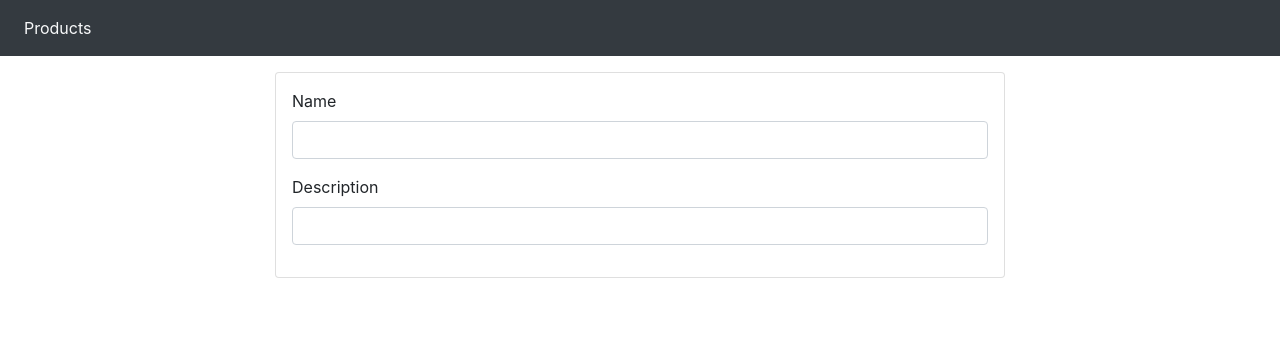
Repository: Aniksaha19/curd
Page: http://localhost/product/create
The author's editor kept a copy of each file at every save. The page is drawn from the files as they stood at one save, then again after a run of saves.
The browser window is 1280 px wide. The pictures show the whole page.
The page is served by the project's Laravel application, run on PHP 8.4 with Laravel 10. Other server files are loaded and not shown.

Above is the page before, as saved 2023-06-01 16:43:44.

### routes/web.php
<?php

use Illuminate\Support\Facades\Route;
use App\Http\Controllers\ProductController;

/*
|--------------------------------------------------------------------------
| Web Routes
|--------------------------------------------------------------------------
|
| Here is where you can register web routes for your application. These
| routes are loaded by the RouteServiceProvider and all of them will
| be assigned to the "web" middleware group. Make something great!
|
*/

Route::get('/', [ProductController::class, 'index'])->name('products.index');
Route::get('product/create', [ProductController::class, 'create'])->name('products.create');

### app/Http/Controllers/ProductController.php
<?php

namespace App\Http\Controllers;

use Illuminate\Http\Request;

class ProductController extends Controller
{
    public function index(){
        return view('products.index');
    }
    public function create(){
        return view('products.create');
    }
}

### resources/views/products/create.blade.php
<!DOCTYPE html>
<html lang="en">
<head>
    <meta charset="UTF-8">
    <meta http-equiv="X-UA-Compatible" content="IE=edge">
    <meta name="viewport" content="width=device-width, initial-scale=1.0">
    <title>Laravel CURD</title>

    <link rel="stylesheet" href="https://cdn.jsdelivr.net/npm/bootstrap@4.6.2/dist/css/bootstrap.min.css">
    <script src="https://cdn.jsdelivr.net/npm/jquery@3.6.4/dist/jquery.slim.min.js"></script>
    <script src="https://cdn.jsdelivr.net/npm/popper.js@1.16.1/dist/umd/popper.min.js"></script>
    <script src="https://cdn.jsdelivr.net/npm/bootstrap@4.6.2/dist/js/bootstrap.bundle.min.js"></script>
</head>
<body>

        <nav class="navbar navbar-expand-sm bg-dark">
            <ul class="navbar-nav">
                <li class="nav-item">
                    <a class="nav-link text-light" href="/">Products</a>
                </li>
            </ul>
        </nav>
           <div class="container">
                <div class="row justify-content-center">
                    <div class="col-sm-8">
                        <div class="card mt-3 p-3">
                            <form method="POST">
                                @csrf
                                <div class="form-group">
                                    <label>Name</label>
                                    <input type="text" name="name" class="form-control"/>
                                </div>
                                <div class="form-group">
                                    <label>Description</label>
                                    <input type="text" name="name" class="form-control"/>
                                </div>
                            </form>
                        </div>
                    </div>
                </div>
           </div>
        </div>
</body>
</html>

Loaded but not shown: app/Http/Controllers/Controller.php (common file)

After the next 2 saves:
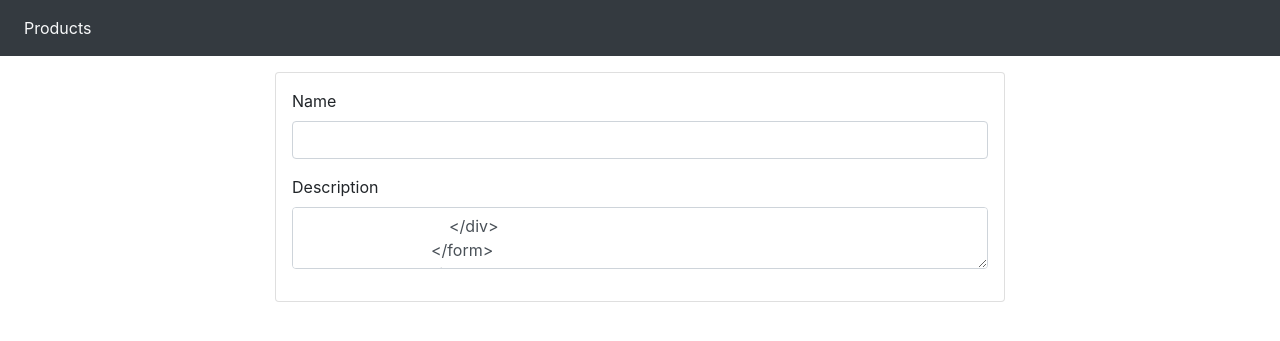
The 2 saves are shown as one change because they came seconds apart.
The last was saved 19 s later.
--- a/resources/views/products/create.blade.php
+++ b/resources/views/products/create.blade.php
@@ -32,7 +32,7 @@
                                 </div>
                                 <div class="form-group">
                                     <label>Description</label>
-                                    <input type="text" name="name" class="form-control"/>
+                                    <textarea type="text" name="name" class="form-control"/>
                                 </div>
                             </form>
                         </div>
